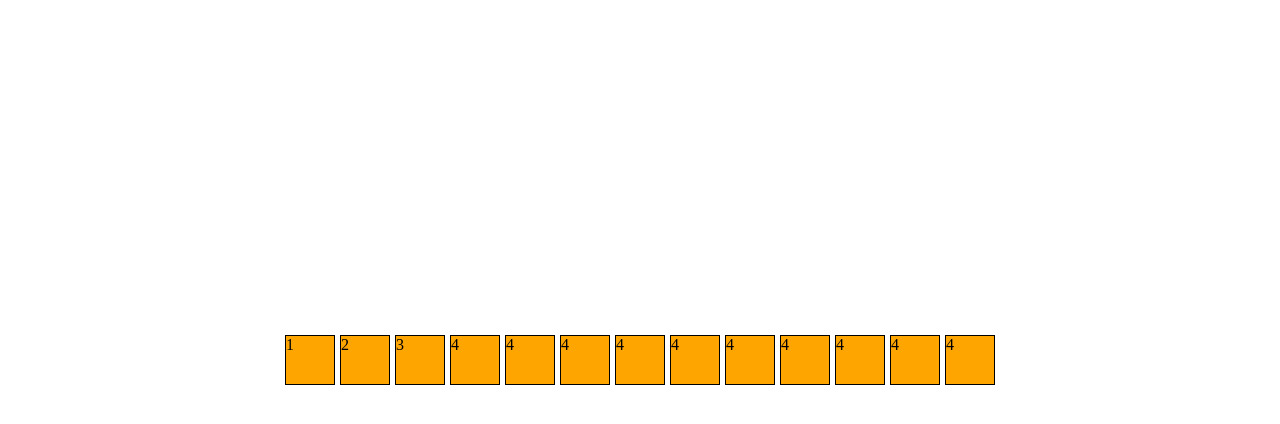
Repository: wisdomphamdev/flex-box
Page: index.html
These files come from the project's save history. The page is drawn as it stood at one moment and after a run of saves; the edit follows.
The browser window is 1280 px wide. The pictures show the whole page.

Above is the page before, as saved 2024-06-10 21:17:36.

### index.html
<!DOCTYPE html>
<html lang="en">
<head>
    <meta charset="UTF-8">
    <meta name="viewport" content="width=device-width, initial-scale=1.0">
    <title>Document</title>
    <link rel="stylesheet" href="style.css">
</head>
<body>
    <div class="container">
        <div class="item">1</div>
        <div class="item">2</div>
        <div class="item">3</div>
        <div class="item">4</div>
        <div class="item">4</div>
        <div class="item">4</div>
        <div class="item">4</div>
        <div class="item">4</div>
        <div class="item">4</div>
        <div class="item">4</div>
        <div class="item">4</div>
        <div class="item">4</div>
        <div class="item">4</div>


    </div>
</body>
</html>

### style.css
* {
  padding: 0;
  margin: 0;
  box-sizing: border-box;
}

.item {
  height: 50px;
  width: 50px;
  border: 1px solid #000;
  background: orange;
}

.container {
  height: 100vh;
  display: flex;
  /* flex-direction: column; */
  /* flex-direction: row; */
  /* flex-direction: column-reverse;*/
  /* flex-direction: row-reverse; */
  /* flex-wrap:nowrap ; */
  /* flex-wrap:wrap ; */
  /* flex-wrap: wrap-reverse; */
  justify-content:center;
  /* justify-content:flex-end ; */
  /* justify-content:flex-start ; */
  /* justify-content:space-between ; */
  /* justify-content:space-around ; */
  /* justify-content: space-evenly; */
  /* align-items: start; */
  align-items: center;
  /* align-items: end; */

    gap: 5px;
}

After the next 2 saves:
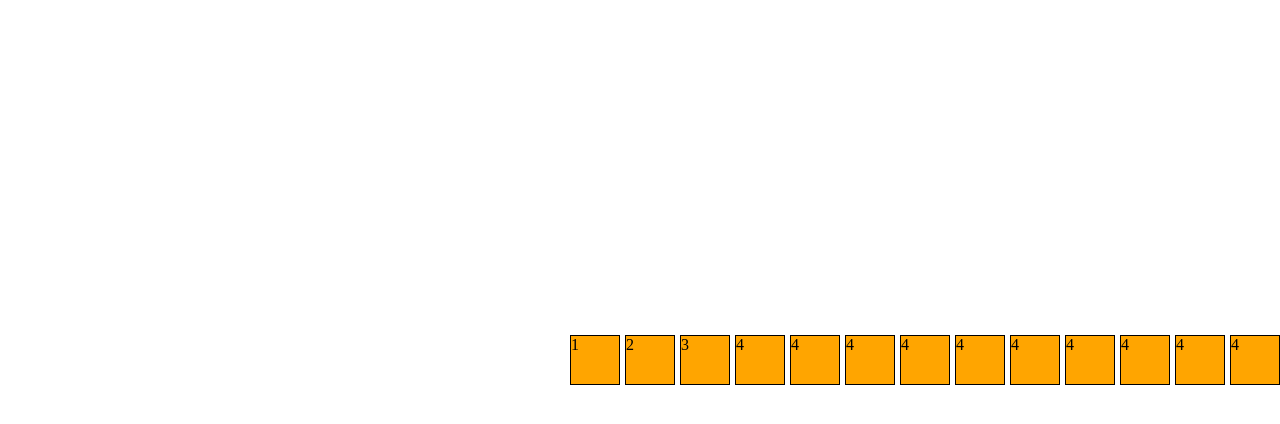
The 2 saves are shown as one change because they came seconds apart.
The last was saved 21 s later.
--- a/style.css
+++ b/style.css
@@ -21,8 +21,8 @@
   /* flex-wrap:nowrap ; */
   /* flex-wrap:wrap ; */
   /* flex-wrap: wrap-reverse; */
-  justify-content:center;
-  /* justify-content:flex-end ; */
+  /* justify-content:center; */
+  justify-content:flex-end ;
   /* justify-content:flex-start ; */
   /* justify-content:space-between ; */
   /* justify-content:space-around ; */
